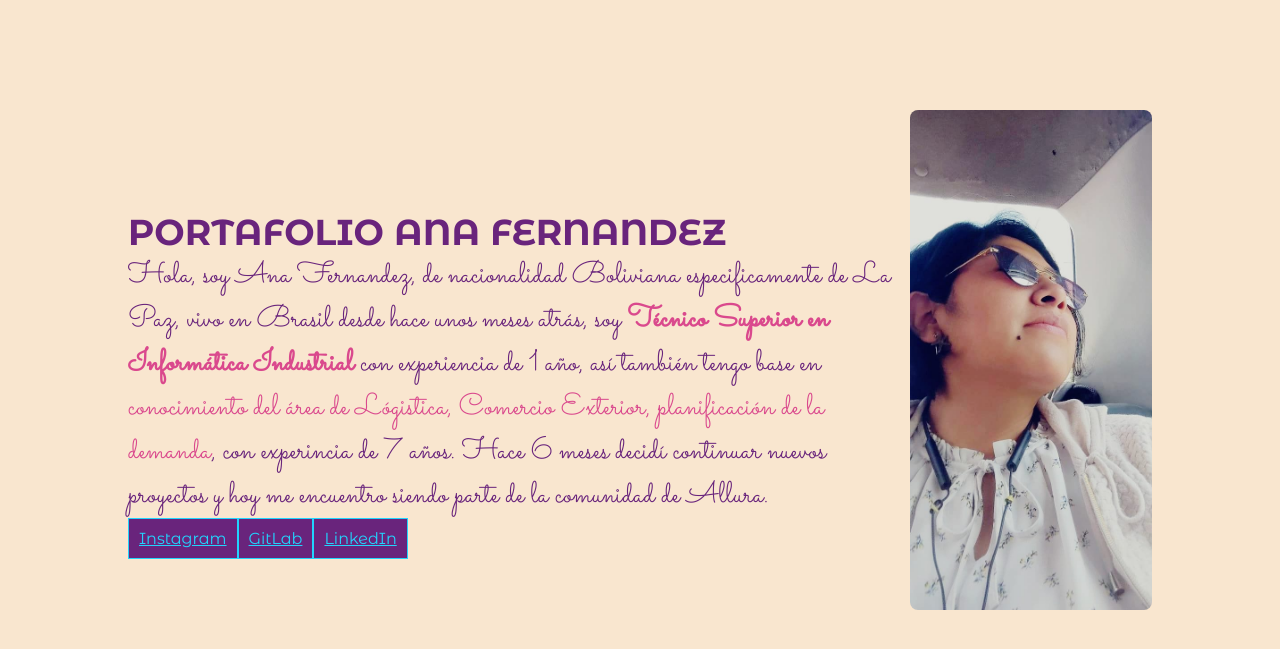
Repository: AnaFzCz/PROYECTOS-HTML---CSS2
Page: Portafolio/index.html
An editor plug-in stored every save of this project. The page is shown before and after the next save, followed by the edit.
The browser window is 1280 px wide. The pictures show the whole page.

Above is the page before, as saved 2025-01-27 05:10:01.

### Portafolio/index.html
<!DOCTYPE html>
<html lang="en">

<head>
    <meta charset="UTF-8">
    <meta http-equiv="X-UA-Compatible" content="IE=edge">
    <meta name="viewport" content="width=device-width, initial-scale=1.0">
    <title>Portafolio</title>
    <link rel="stylesheet" href="style.css">
</head>

<body>
    <header>

    </header>
    <main class="presentacion">
        <div class="container responsivo-container">
            <h1 class="presentacion_titulo">PORTAFOLIO ANA FERNANDEZ</h1>
            <p class="presentacion_parrafo">Hola, soy Ana Fernandez, de nacionalidad Boliviana especificamente de La
                Paz, vivo en Brasil desde hace
                unos meses atrás, soy <strong class="destacar">Técnico Superior en Informática Industrial</strong> con
                experiencia de 1 año, así también tengo base en <span>conocimiento del área de Lógistica, Comercio
                    Exterior, planificación de la demanda</span>, con experincia de 7 años. Hace 6 meses decidí
                continuar nuevos proyectos y hoy me encuentro siendo parte de la comunidad de Allura.</p>

            <div class="presentacion_links">
                <a class="presentacion_links_link" href="https://instagram.com/anafzcz">Instagram</a>
                <a class="presentacion_links_link" href="https://github.com/AnaFzCz">GitLab</a>
                <a class="presentacion_links_link" href="https://linkedin.com/in/ana-fernandez-cruz-238787124">LinkedIn</a>
            </div>
        </div>
        <img src="mindfullness.jpg" alt="myself" style="width:250px;height: 500px;">
    </main>
    <footer></footer>
</body>

</html>

### Portafolio/style.css
@import url('https://fonts.googleapis.com/css2?family=Montserrat+Alternates:ital,wght@0,100;0,200;0,300;0,400;0,500;0,600;0,700;0,800;0,900;1,100;1,200;1,300;1,400;1,500;1,600;1,700;1,800;1,900&family=Sacramento&display=swap');

/*Resetear configuraciones*/
* {
  margin: 0;
  padding: 0;
}

body {
  height: 100vh;
  display: flex;
  box-sizing: border-box;
  justify-content: center;
  align-items: center;
  background-color: #F9E6CF;
  color: #69247C;
  font-family: "Montserrat Alternates", serif;
  /*font-family: "papyrus";*/
}

/*p {
  margin: 10px;
  border: 2px solid purple;
  padding: 5px;
}*/

.destacar {
  color: #DA498D;
}

/*contenedor de las columnas*/
.presentacion {
  margin: 10%;
  display: flex;
  align-items: center;
  justify-content: space-between;

}

.container {
  display: flex;
  align-items: center;
  height: 300px;
  weight: 615px;
  ;
  /* Altura ajustável conforme necessário */
}

.responsivo-container {
  display: flex;
  flex-direction: row;
  flex-wrap: wrap;
}

span {
  color: #DA498D;
}

a {
  color: #22D4FD;
  border: 1px solid #22D4FD;
  padding: 10px;
  text-align: center;
}



.presentacion_titulo {
  align-content: center;
  font-size: 36px;
  font-family: "Montserrat Alternates", serif;
}

.presentacion_parrafo {

  font-size: 30px;
  font-family: "Sacramento", serif;
  }

.presentacion_links{
  display: flex;
  justify-content: space-between;
}

.presentacion_links_link{
  background-color:#69247C;
}

.bot {
  margin-top: 20px;
  display: flex;
  justify-content: center;
}


img {
  border-radius: 8px;
  display: block;
  margin-left: auto;
  margin-right: auto;
}

img:hover {
  transform: scaleX(-1);
}

After the next save:
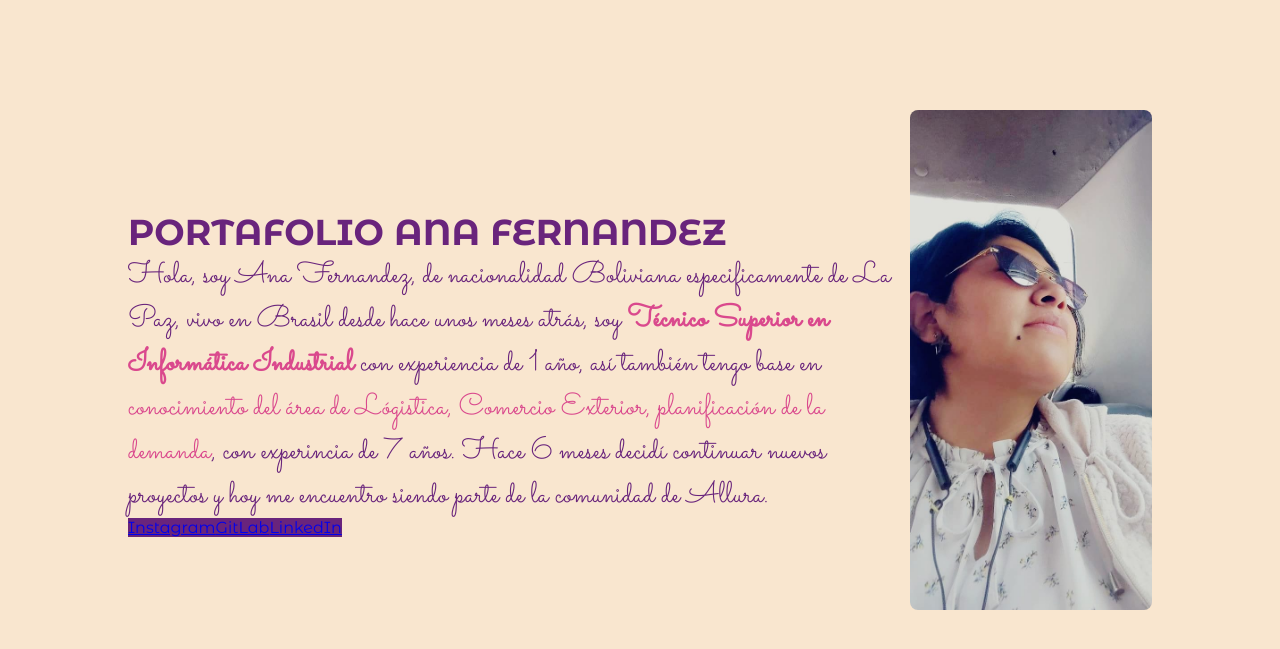
Saved 46 s later.
--- a/Portafolio/style.css
+++ b/Portafolio/style.css
@@ -56,12 +56,6 @@ span {
   color: #DA498D;
 }
 
-a {
-  color: #22D4FD;
-  border: 1px solid #22D4FD;
-  padding: 10px;
-  text-align: center;
-}
 
 
 
@@ -86,11 +80,21 @@ a {
   background-color:#69247C;
 }
 
+/*
+
+a {
+  color: #22D4FD;
+  border: 1px solid #22D4FD;
+  padding: 10px;
+  text-align: center;
+}
+
+
 .bot {
   margin-top: 20px;
   display: flex;
   justify-content: center;
-}
+}*/
 
 
 img {
